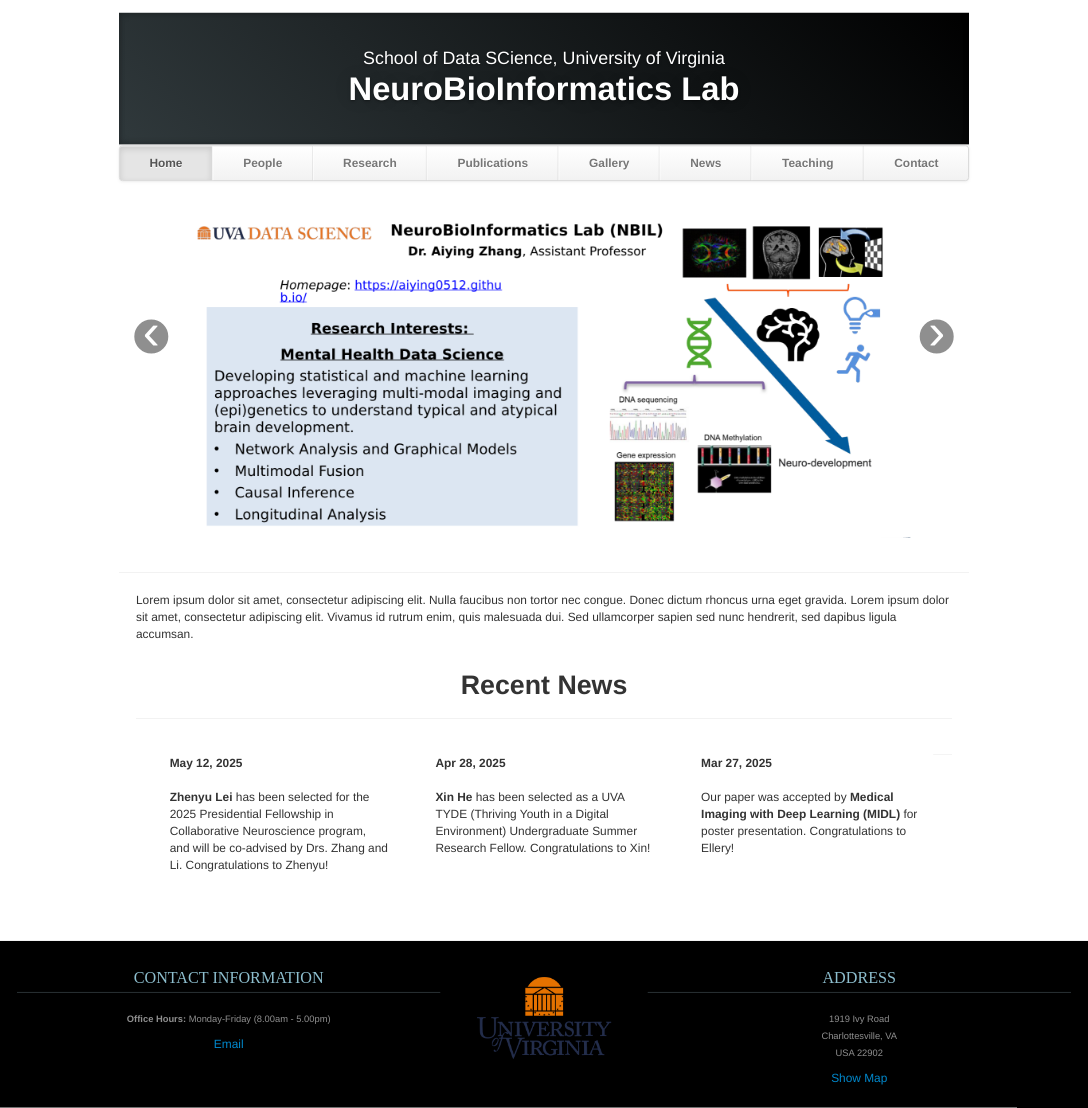
Repository: nbillab/nbillab.io
Page: index.html
These files come from the project's save history. The page is drawn as it stood at one moment and after the next save; the edit follows.
The browser window is 1280 px wide. The pictures show the whole page, at 85% of full size.

Above is the page before, as saved 2025-08-17 15:17:44.

After the next save:
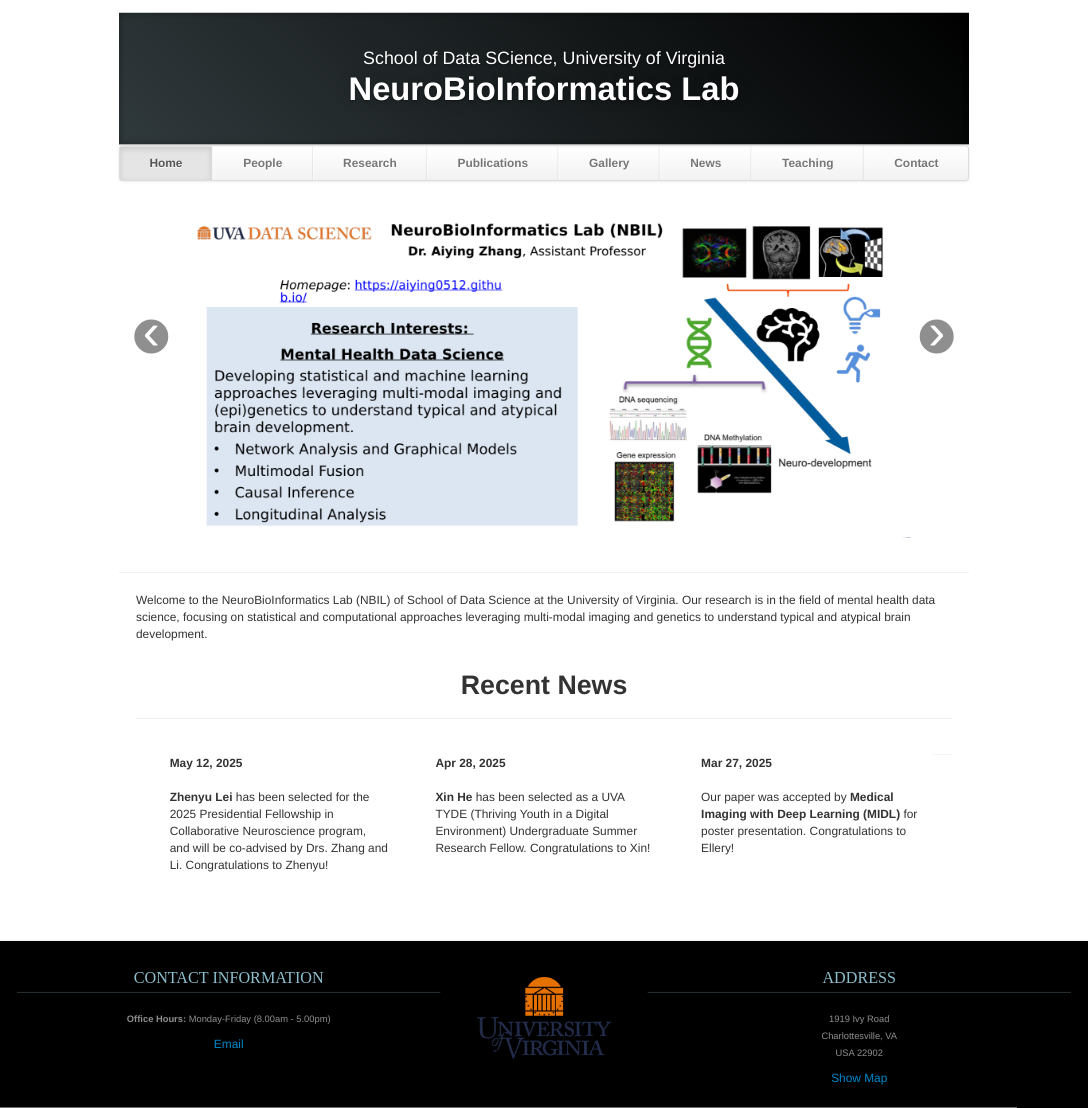
Saved 47 s later.
--- a/index.html
+++ b/index.html
@@ -56,10 +56,13 @@
             <div class="row-fluid marketing">
                <div class="span12">
                   <p>
-                     Lorem ipsum dolor sit amet, consectetur adipiscing elit. Nulla faucibus non tortor nec congue.
-                     Donec dictum rhoncus urna eget gravida. Lorem ipsum dolor sit amet, consectetur adipiscing elit.
-                     Vivamus id rutrum enim, quis malesuada dui. Sed ullamcorper sapien sed nunc hendrerit, sed dapibus
-                     ligula accumsan.
+Welcome to the NeuroBioInformatics Lab (NBIL) of School of Data Science at the University of Virginia. Our research is in the field of mental health data science, focusing on statistical and computational approaches leveraging multi-modal imaging and genetics to understand typical and atypical brain development.
+
+
+
+
+
+
                   </p>
                   <br/>
                </div>
